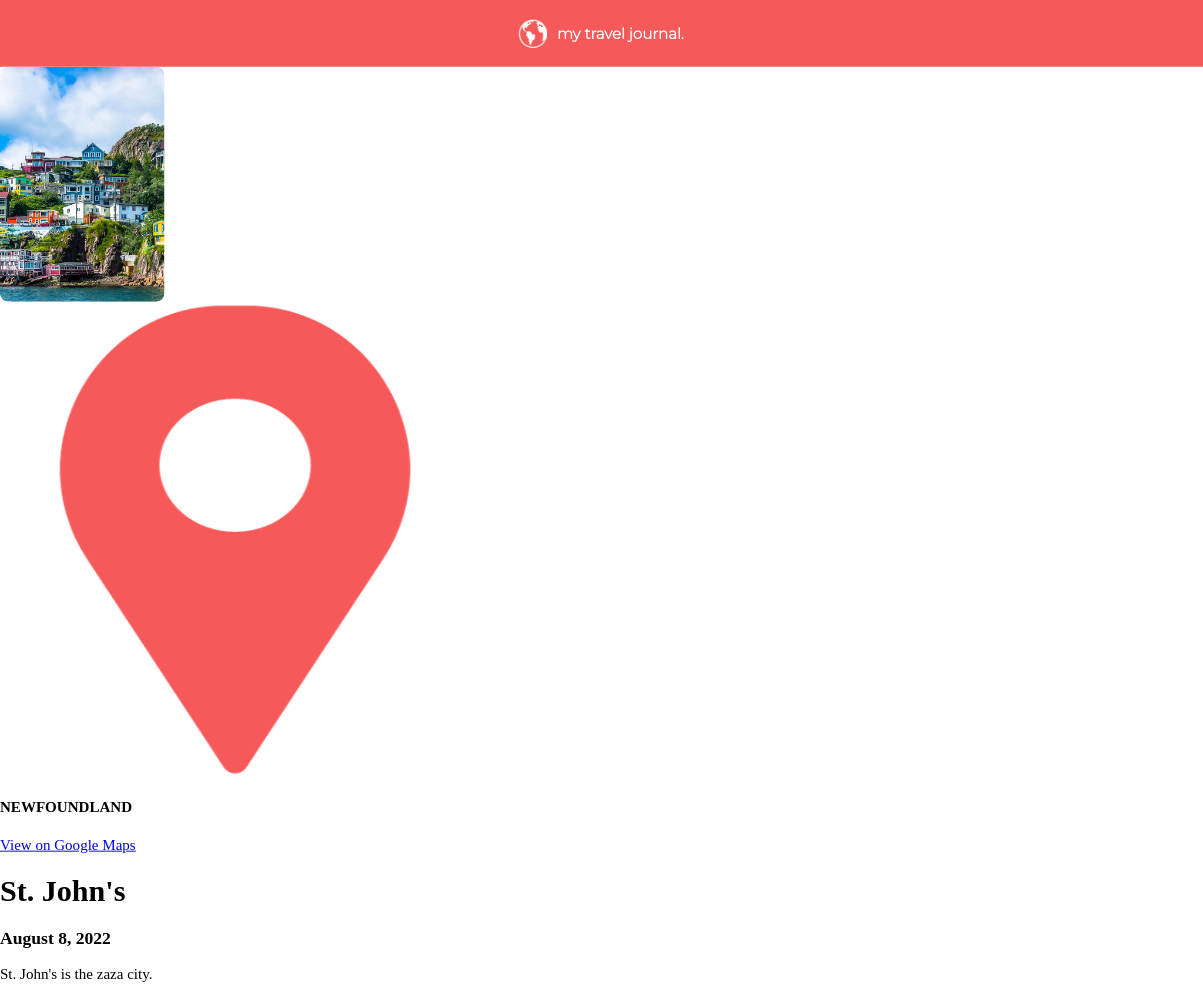
Repository: jsong552/my-city-checklist
Page: /
These files come from the project's save history. The page is drawn as it stood at one moment and after the next save; the edit follows.
The browser window is 1280 px wide. The pictures show the whole page, at 94% of full size.
The project was rebuilt for these pictures with package versions that can differ from the ones it lists, and the page was loaded fresh each time. Imported but missing from the stored project, and not drawn on this page: src/reportWebVitals.

Above is the page before, as saved 2023-12-29 18:54:46.

After the next save:
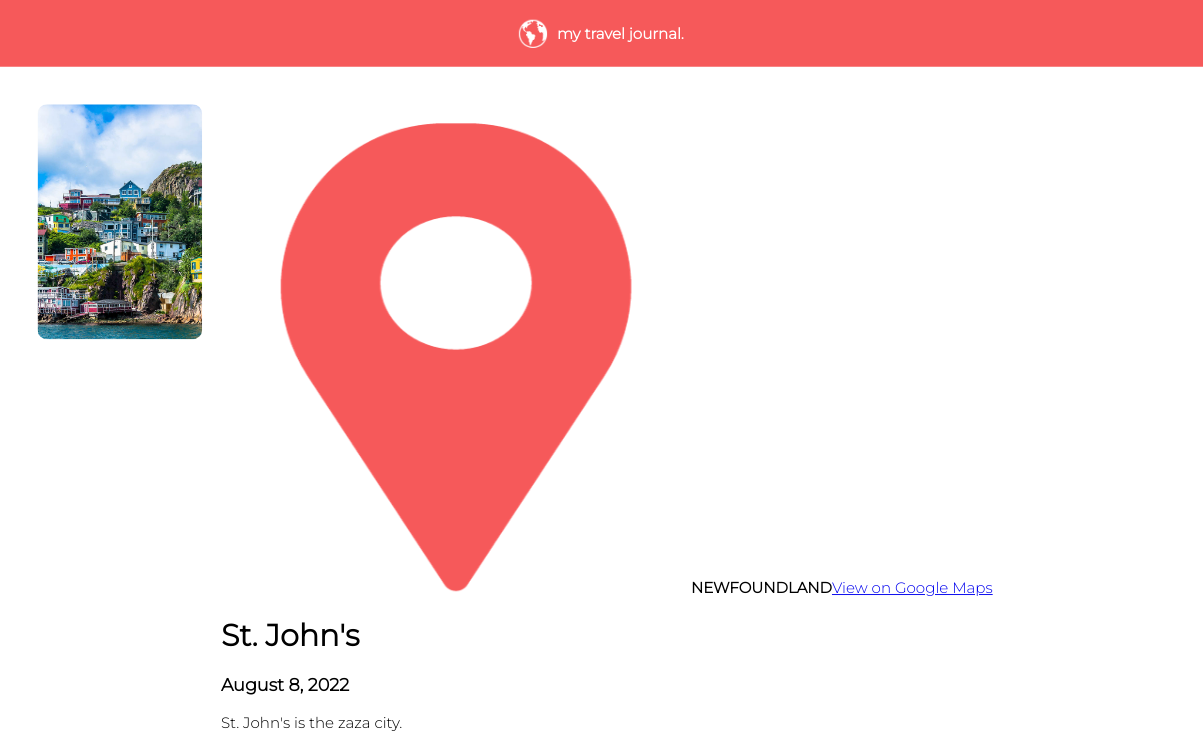
Saved 33 s later.
--- a/src/index.css
+++ b/src/index.css
@@ -23,14 +23,32 @@ body {
 
 /* card styles */
 
-.cardContainer {
-    border: 1px solid black;
+.cardsContainer {
+    margin-left: 40px;
+    margin-top: 40px;
+}
+
+.card {
+    display: flex;
+    font-family: Montserrat;
 }
 
 .imageOfLocation {
     height: 250px;
     width: 175px;
-    border-radius: 9px;;
-
+    border-radius: 10px;
     object-fit: cover;
 }
+
+.cardInfo {
+    margin-left: 20px;
+    padding-top: 20px;
+}
+
+.locationMarker {
+    width: 12px;
+}
+
+.cardLocation * {
+    display: inline;
+}
